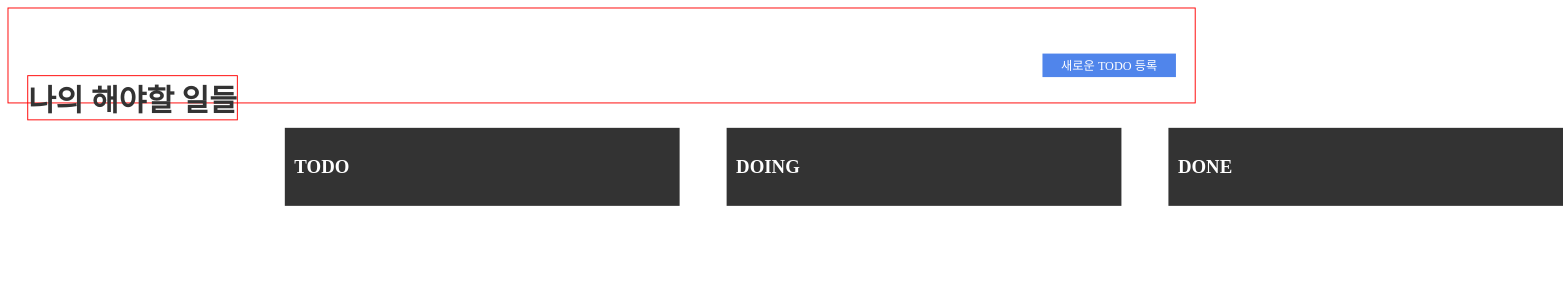
Repository: estellechoi/jsp-project-todo
Page: http://localhost/todo/MainServlet
These files come from the project's save history. The page is drawn as it stood at one moment and after the next save; the edit follows.
The browser window is 1280 px wide. The page is 1663 px wide, so the pictures cover 1663 px, including what lies to the right of the window. The pictures show the whole page, at 94% of full size.
The page is served by Tomcat 9. Queries for data that is not in the repository find no rows.

Above is the page before, as saved 2019-12-08 07:42:44.

After the next save:
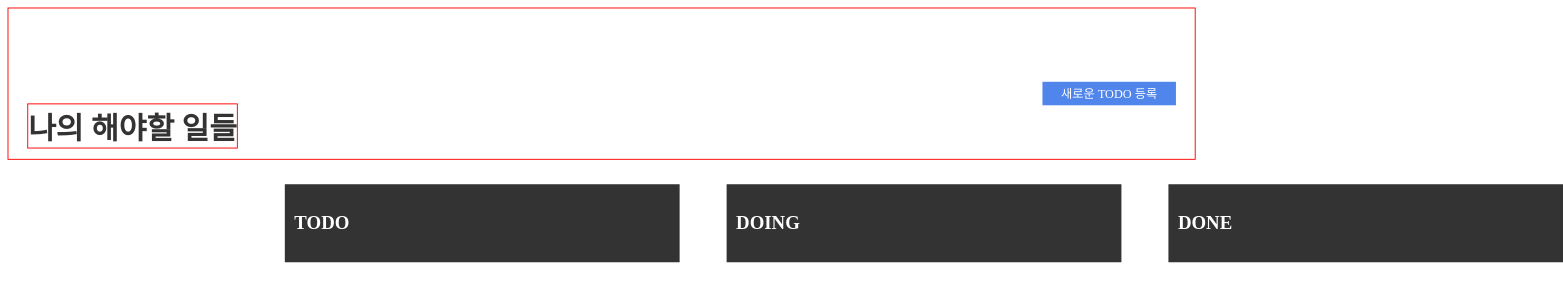
Saved 6 s later.
--- a/todo/src/main/webapp/jsp/main.jsp
+++ b/todo/src/main/webapp/jsp/main.jsp
@@ -26,7 +26,7 @@
 
 	header {
 /* 		height: 100px; */
-		padding: 50px 20px;
+		padding: 80px 20px;
 		border: 1px solid red;
 	}
 
